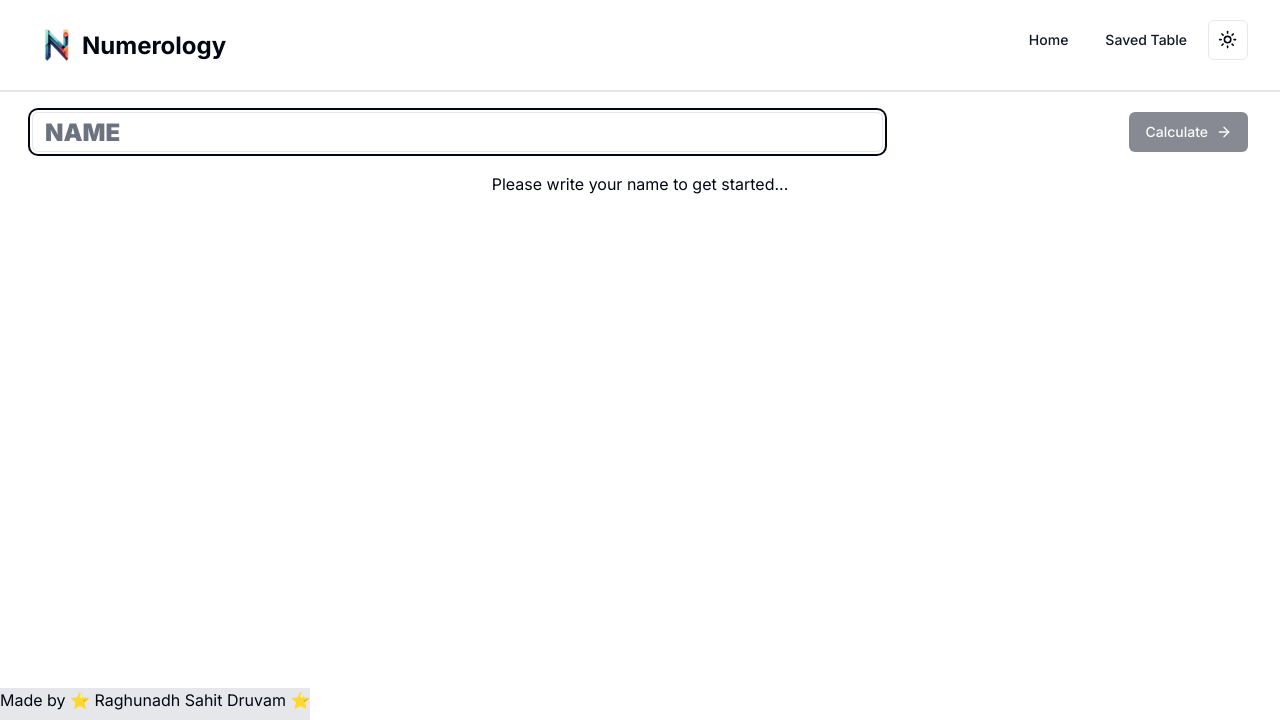
Repository: RaghunadhSahitDruvam/mynumerology
Page: /
An editor plug-in stored every save of this project. The page is shown before and after the next save, followed by the edit.
The browser window is 1280 px wide. The pictures show the whole page.
The project was rebuilt for these pictures with package versions that can differ from the ones it lists, and the page was loaded fresh each time. The framework's server and built-in components were replaced by stand-ins that run in the browser. Also part of the build but not shown: next.config.js, components/ui/alert-dialog.tsx.

Above is the page before, as saved 2023-12-21 17:03:06.

### app/layout.tsx
import type { Metadata } from "next";
import { Inter } from "next/font/google";
import "./globals.css";
import { ThemeProvider } from "@/components/theme-provider";

const inter = Inter({ subsets: ["latin"] });

export const metadata: Metadata = {
  title: "Numerology",
  description: "Officially designed by ⭐ Raghunadh ⭐",
};

export default function RootLayout({
  children,
}: {
  children: React.ReactNode;
}) {
  return (
    <html lang="en">
      <body className={inter.className}>
        {" "}
        <ThemeProvider
          attribute="class"
          defaultTheme="system"
          enableSystem
          disableTransitionOnChange
        >
          {children}
          {/* <Toaster /> */}
        </ThemeProvider>
      </body>
    </html>
  );
}

### app/globals.css
@tailwind base;
@tailwind components;
@tailwind utilities;

@layer base {
  :root {
    --background: 0 0% 100%;
    --foreground: 224 71.4% 4.1%;

    --card: 0 0% 100%;
    --card-foreground: 224 71.4% 4.1%;

    --popover: 0 0% 100%;
    --popover-foreground: 224 71.4% 4.1%;

    --primary: 220.9 39.3% 11%;
    --primary-foreground: 210 20% 98%;

    --secondary: 220 14.3% 95.9%;
    --secondary-foreground: 220.9 39.3% 11%;

    --muted: 220 14.3% 95.9%;
    --muted-foreground: 220 8.9% 46.1%;

    --accent: 220 14.3% 95.9%;
    --accent-foreground: 220.9 39.3% 11%;

    --destructive: 0 84.2% 60.2%;
    --destructive-foreground: 210 20% 98%;

    --border: 220 13% 91%;
    --input: 220 13% 91%;
    --ring: 224 71.4% 4.1%;

    --radius: 0.5rem;
  }

  .dark {
    --background: 224 71.4% 4.1%;
    --foreground: 210 20% 98%;

    --card: 224 71.4% 4.1%;
    --card-foreground: 210 20% 98%;

    --popover: 224 71.4% 4.1%;
    --popover-foreground: 210 20% 98%;

    --primary: 210 20% 98%;
    --primary-foreground: 220.9 39.3% 11%;

    --secondary: 215 27.9% 16.9%;
    --secondary-foreground: 210 20% 98%;

    --muted: 215 27.9% 16.9%;
    --muted-foreground: 217.9 10.6% 64.9%;

    --accent: 215 27.9% 16.9%;
    --accent-foreground: 210 20% 98%;

    --destructive: 0 62.8% 30.6%;
    --destructive-foreground: 210 20% 98%;

    --border: 215 27.9% 16.9%;
    --input: 215 27.9% 16.9%;
    --ring: 216 12.2% 83.9%;
  }
}

@layer base {
  * {
    @apply border-border;
  }
  body {
    @apply bg-background text-foreground;
  }
  .container {
    @apply mx-[50px];
  }
  .mainHeading {
    @apply text-2xl font-bold;
  }
  .gap {
    @apply my-[20px];
  }
  .table-padding tbody > tr > td {
    @apply px-[15px];
  }
}

### components/ui/input.tsx
import * as React from "react";

import { cn } from "@/lib/utils";

export interface InputProps
  extends React.InputHTMLAttributes<HTMLInputElement> {}

const Input = React.forwardRef<HTMLInputElement, InputProps>(
  ({ className, type, ...props }, ref) => {
    return (
      <input
        type={type}
        className={cn(
          "flex h-10 w-full rounded-md border border-pink-600 border-input uppercase text-2xl bg-background text-blue-600 font-[1000] px-3 py-2  ring-offset-background file:border-0 file:bg-transparent file:text-sm file:font-medium placeholder:text-muted-foreground focus-visible:outline-none focus-visible:ring-2 focus-visible:ring-ring focus-visible:ring-offset-2 foc disabled:cursor-not-allowed disabled:opacity-50",
          className
        )}
        ref={ref}
        {...props}
      />
    );
  }
);
Input.displayName = "Input";

export { Input };

### components/ui/button.tsx
import * as React from "react"
import { Slot } from "@radix-ui/react-slot"
import { cva, type VariantProps } from "class-variance-authority"

import { cn } from "@/lib/utils"

const buttonVariants = cva(
  "inline-flex items-center justify-center rounded-md text-sm font-medium ring-offset-background transition-colors focus-visible:outline-none focus-visible:ring-2 focus-visible:ring-ring focus-visible:ring-offset-2 disabled:pointer-events-none disabled:opacity-50",
  {
    variants: {
      variant: {
        default: "bg-primary text-primary-foreground hover:bg-primary/90",
        destructive:
          "bg-destructive text-destructive-foreground hover:bg-destructive/90",
        outline:
          "border border-input bg-background hover:bg-accent hover:text-accent-foreground",
        secondary:
          "bg-secondary text-secondary-foreground hover:bg-secondary/80",
        ghost: "hover:bg-accent hover:text-accent-foreground",
        link: "text-primary underline-offset-4 hover:underline",
      },
      size: {
        default: "h-10 px-4 py-2",
        sm: "h-9 rounded-md px-3",
        lg: "h-11 rounded-md px-8",
        icon: "h-10 w-10",
      },
    },
    defaultVariants: {
      variant: "default",
      size: "default",
    },
  }
)

export interface ButtonProps
  extends React.ButtonHTMLAttributes<HTMLButtonElement>,
    VariantProps<typeof buttonVariants> {
  asChild?: boolean
}

const Button = React.forwardRef<HTMLButtonElement, ButtonProps>(
  ({ className, variant, size, asChild = false, ...props }, ref) => {
    const Comp = asChild ? Slot : "button"
    return (
      <Comp
        className={cn(buttonVariants({ variant, size, className }))}
        ref={ref}
        {...props}
      />
    )
  }
)
Button.displayName = "Button"

export { Button, buttonVariants }

### components/header.tsx
import React from "react";
import { ModeToggle } from "./mode";
import Link from "next/link";
import Image from "next/image";
import { Badge } from "./ui/badge";
import { Button } from "./ui/button";

const Header = () => {
  return (
    <div className={``}>
      <div className="flex my-[20px] mainHeading justify-between  container ">
        <Link href={"/"} className="flex align-middle text-center ">
          <Image src={"/images/logo.png"} alt="logo" height={50} width={50} />
          <span className="mt-[10px]">Numerology</span>
        </Link>
        <div className="flex gap-[5px]">
          <Link href={"/"}>
            <Button variant={"link"}>Home</Button>{" "}
          </Link>
          <Link href={"/data"}>
            <Button variant={"link"}>Saved Table</Button>{" "}
          </Link>
          <ModeToggle />
        </div>
      </div>
      <div className="border-b-2"></div>
    </div>
  );
};

export default Header;

### components/footer.tsx
import Link from "next/link";
import { Facebook, Instagram, Linkedin, Twitter } from "lucide-react";

export default function Footer() {
  return (
    <footer className="bg-gray-200 bottom-0 fixed">
      <div className="pb-2">
        <p className="text-center">Made by ⭐ Raghunadh Sahit Druvam ⭐</p>
      </div>
    </footer>
  );
}

### components/mode.tsx
"use client";

import * as React from "react";
import { Moon, Sun } from "lucide-react";
import { useTheme } from "next-themes";

import { Button } from "@/components/ui/button";
import {
  DropdownMenu,
  DropdownMenuContent,
  DropdownMenuItem,
  DropdownMenuTrigger,
} from "@/components/ui/dropdown-menu";

export function ModeToggle() {
  const { setTheme } = useTheme();

  return (
    <DropdownMenu>
      <DropdownMenuTrigger asChild>
        <Button variant="outline" size="icon" className="align-middle">
          <Sun className="h-[1.2rem]  w-[1.2rem] rotate-0 scale-100 transition-all dark:-rotate-90 dark:scale-0" />
          <Moon className="absolute  h-[1.2rem] w-[1.2rem] rotate-90 scale-0 transition-all dark:rotate-0 dark:scale-100" />
          <span className="sr-only">Toggle theme</span>
        </Button>
      </DropdownMenuTrigger>
      <DropdownMenuContent align="end">
        <DropdownMenuItem onClick={() => setTheme("light")}>
          Light
        </DropdownMenuItem>
        <DropdownMenuItem onClick={() => setTheme("dark")}>
          Dark
        </DropdownMenuItem>
        <DropdownMenuItem onClick={() => setTheme("system")}>
          System
        </DropdownMenuItem>
      </DropdownMenuContent>
    </DropdownMenu>
  );
}

### components/ui/dropdown-menu.tsx
import * as React from "react"
import * as DropdownMenuPrimitive from "@radix-ui/react-dropdown-menu"
import { Check, ChevronRight, Circle } from "lucide-react"

import { cn } from "@/lib/utils"

const DropdownMenu = DropdownMenuPrimitive.Root

const DropdownMenuTrigger = DropdownMenuPrimitive.Trigger

const DropdownMenuGroup = DropdownMenuPrimitive.Group

const DropdownMenuPortal = DropdownMenuPrimitive.Portal

const DropdownMenuSub = DropdownMenuPrimitive.Sub

const DropdownMenuRadioGroup = DropdownMenuPrimitive.RadioGroup

const DropdownMenuSubTrigger = React.forwardRef<
  React.ElementRef<typeof DropdownMenuPrimitive.SubTrigger>,
  React.ComponentPropsWithoutRef<typeof DropdownMenuPrimitive.SubTrigger> & {
    inset?: boolean
  }
>(({ className, inset, children, ...props }, ref) => (
  <DropdownMenuPrimitive.SubTrigger
    ref={ref}
    className={cn(
      "flex cursor-default select-none items-center rounded-sm px-2 py-1.5 text-sm outline-none focus:bg-accent data-[state=open]:bg-accent",
      inset && "pl-8",
      className
    )}
    {...props}
  >
    {children}
    <ChevronRight className="ml-auto h-4 w-4" />
  </DropdownMenuPrimitive.SubTrigger>
))
DropdownMenuSubTrigger.displayName =
  DropdownMenuPrimitive.SubTrigger.displayName

const DropdownMenuSubContent = React.forwardRef<
  React.ElementRef<typeof DropdownMenuPrimitive.SubContent>,
  React.ComponentPropsWithoutRef<typeof DropdownMenuPrimitive.SubContent>
>(({ className, ...props }, ref) => (
  <DropdownMenuPrimitive.SubContent
    ref={ref}
    className={cn(
      "z-50 min-w-[8rem] overflow-hidden rounded-md border bg-popover p-1 text-popover-foreground shadow-lg data-[state=open]:animate-in data-[state=closed]:animate-out data-[state=closed]:fade-out-0 data-[state=open]:fade-in-0 data-[state=closed]:zoom-out-95 data-[state=open]:zoom-in-95 data-[side=bottom]:slide-in-from-top-2 data-[side=left]:slide-in-from-right-2 data-[side=right]:slide-in-from-left-2 data-[side=top]:slide-in-from-bottom-2",
      className
    )}
    {...props}
  />
))
DropdownMenuSubContent.displayName =
  DropdownMenuPrimitive.SubContent.displayName

const DropdownMenuContent = React.forwardRef<
  React.ElementRef<typeof DropdownMenuPrimitive.Content>,
  React.ComponentPropsWithoutRef<typeof DropdownMenuPrimitive.Content>
>(({ className, sideOffset = 4, ...props }, ref) => (
  <DropdownMenuPrimitive.Portal>
    <DropdownMenuPrimitive.Content
      ref={ref}
      sideOffset={sideOffset}
      className={cn(
        "z-50 min-w-[8rem] overflow-hidden rounded-md border bg-popover p-1 text-popover-foreground shadow-md data-[state=open]:animate-in data-[state=closed]:animate-out data-[state=closed]:fade-out-0 data-[state=open]:fade-in-0 data-[state=closed]:zoom-out-95 data-[state=open]:zoom-in-95 data-[side=bottom]:slide-in-from-top-2 data-[side=left]:slide-in-from-right-2 data-[side=right]:slide-in-from-left-2 data-[side=top]:slide-in-from-bottom-2",
        className
      )}
      {...props}
    />
  </DropdownMenuPrimitive.Portal>
))
DropdownMenuContent.displayName = DropdownMenuPrimitive.Content.displayName

const DropdownMenuItem = React.forwardRef<
  React.ElementRef<typeof DropdownMenuPrimitive.Item>,
  React.ComponentPropsWithoutRef<typeof DropdownMenuPrimitive.Item> & {
    inset?: boolean
  }
>(({ className, inset, ...props }, ref) => (
  <DropdownMenuPrimitive.Item
    ref={ref}
    className={cn(
      "relative flex cursor-default select-none items-center rounded-sm px-2 py-1.5 text-sm outline-none transition-colors focus:bg-accent focus:text-accent-foreground data-[disabled]:pointer-events-none data-[disabled]:opacity-50",
      inset && "pl-8",
      className
    )}
    {...props}
  />
))
DropdownMenuItem.displayName = DropdownMenuPrimitive.Item.displayName

const DropdownMenuCheckboxItem = React.forwardRef<
  React.ElementRef<typeof DropdownMenuPrimitive.CheckboxItem>,
  React.ComponentPropsWithoutRef<typeof DropdownMenuPrimitive.CheckboxItem>
>(({ className, children, checked, ...props }, ref) => (
  <DropdownMenuPrimitive.CheckboxItem
    ref={ref}
    className={cn(
      "relative flex cursor-default select-none items-center rounded-sm py-1.5 pl-8 pr-2 text-sm outline-none transition-colors focus:bg-accent focus:text-accent-foreground data-[disabled]:pointer-events-none data-[disabled]:opacity-50",
      className
    )}
    checked={checked}
    {...props}
  >
    <span className="absolute left-2 flex h-3.5 w-3.5 items-center justify-center">
      <DropdownMenuPrimitive.ItemIndicator>
        <Check className="h-4 w-4" />
      </DropdownMenuPrimitive.ItemIndicator>
    </span>
    {children}
  </DropdownMenuPrimitive.CheckboxItem>
))
DropdownMenuCheckboxItem.displayName =
  DropdownMenuPrimitive.CheckboxItem.displayName

const DropdownMenuRadioItem = React.forwardRef<
  React.ElementRef<typeof DropdownMenuPrimitive.RadioItem>,
  React.ComponentPropsWithoutRef<typeof DropdownMenuPrimitive.RadioItem>
>(({ className, children, ...props }, ref) => (
  <DropdownMenuPrimitive.RadioItem
    ref={ref}
    className={cn(
      "relative flex cursor-default select-none items-center rounded-sm py-1.5 pl-8 pr-2 text-sm outline-none transition-colors focus:bg-accent focus:text-accent-foreground data-[disabled]:pointer-events-none data-[disabled]:opacity-50",
      className
    )}
    {...props}
  >
    <span className="absolute left-2 flex h-3.5 w-3.5 items-center justify-center">
      <DropdownMenuPrimitive.ItemIndicator>
        <Circle className="h-2 w-2 fill-current" />
      </DropdownMenuPrimitive.ItemIndicator>
    </span>
    {children}
  </DropdownMenuPrimitive.RadioItem>
))
DropdownMenuRadioItem.displayName = DropdownMenuPrimitive.RadioItem.displayName

const DropdownMenuLabel = React.forwardRef<
  React.ElementRef<typeof DropdownMenuPrimitive.Label>,
  React.ComponentPropsWithoutRef<typeof DropdownMenuPrimitive.Label> & {
    inset?: boolean
  }
>(({ className, inset, ...props }, ref) => (
  <DropdownMenuPrimitive.Label
    ref={ref}
    className={cn(
      "px-2 py-1.5 text-sm font-semibold",
      inset && "pl-8",
      className
    )}
    {...props}
  />
))
DropdownMenuLabel.displayName = DropdownMenuPrimitive.Label.displayName

const DropdownMenuSeparator = React.forwardRef<
  React.ElementRef<typeof DropdownMenuPrimitive.Separator>,
  React.ComponentPropsWithoutRef<typeof DropdownMenuPrimitive.Separator>
>(({ className, ...props }, ref) => (
  <DropdownMenuPrimitive.Separator
    ref={ref}
    className={cn("-mx-1 my-1 h-px bg-muted", className)}
    {...props}
  />
))
DropdownMenuSeparator.displayName = DropdownMenuPrimitive.Separator.displayName

const DropdownMenuShortcut = ({
  className,
  ...props
}: React.HTMLAttributes<HTMLSpanElement>) => {
  return (
    <span
      className={cn("ml-auto text-xs tracking-widest opacity-60", className)}
      {...props}
    />
  )
}
DropdownMenuShortcut.displayName = "DropdownMenuShortcut"

export {
  DropdownMenu,
  DropdownMenuTrigger,
  DropdownMenuContent,
  DropdownMenuItem,
  DropdownMenuCheckboxItem,
  DropdownMenuRadioItem,
  DropdownMenuLabel,
  DropdownMenuSeparator,
  DropdownMenuShortcut,
  DropdownMenuGroup,
  DropdownMenuPortal,
  DropdownMenuSub,
  DropdownMenuSubContent,
  DropdownMenuSubTrigger,
  DropdownMenuRadioGroup,
}

Loaded but not shown: components/theme-provider.tsx (common file); lib/utils.ts (common file); tailwind.config.js (common file); app/page.tsx (321 lines, source omitted)

After the next save:
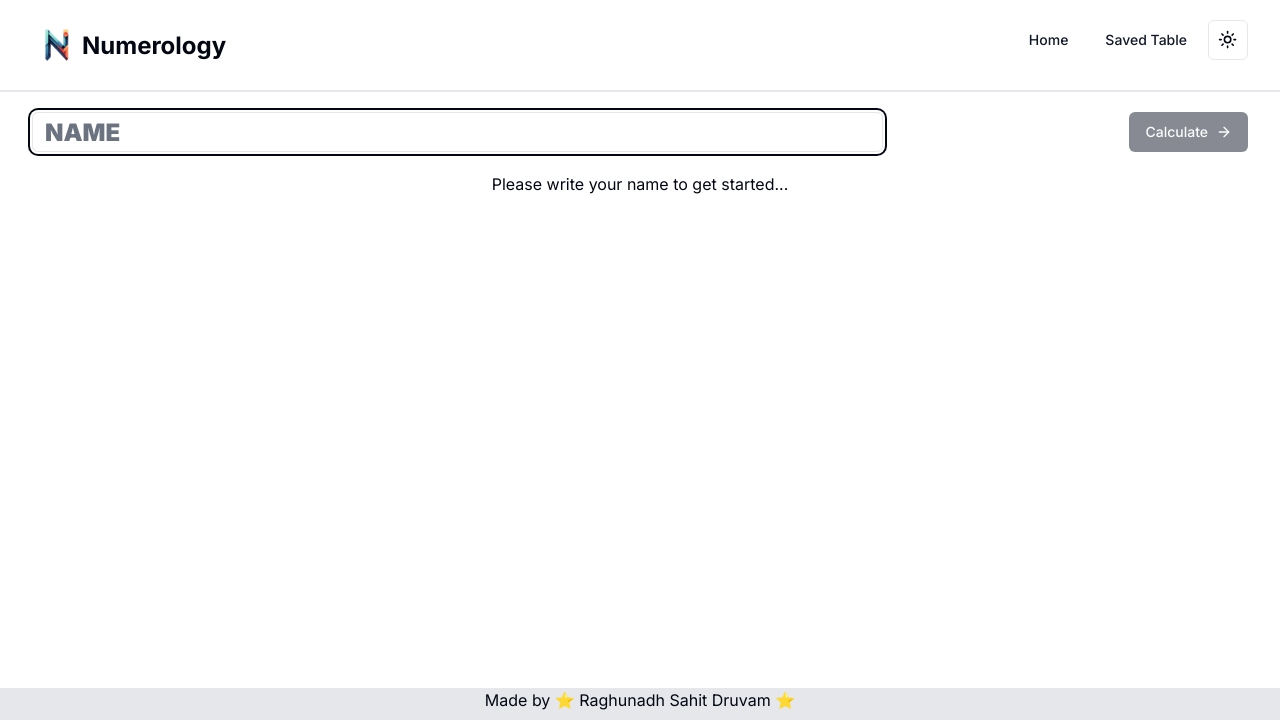
Saved 24 s later.
--- a/components/footer.tsx
+++ b/components/footer.tsx
@@ -3,7 +3,7 @@ import { Facebook, Instagram, Linkedin, Twitter } from "lucide-react";
 
 export default function Footer() {
   return (
-    <footer className="bg-gray-200 bottom-0 fixed">
+    <footer className="bg-gray-200 bottom-0 fixed w-full">
       <div className="pb-2">
         <p className="text-center">Made by ⭐ Raghunadh Sahit Druvam ⭐</p>
       </div>
